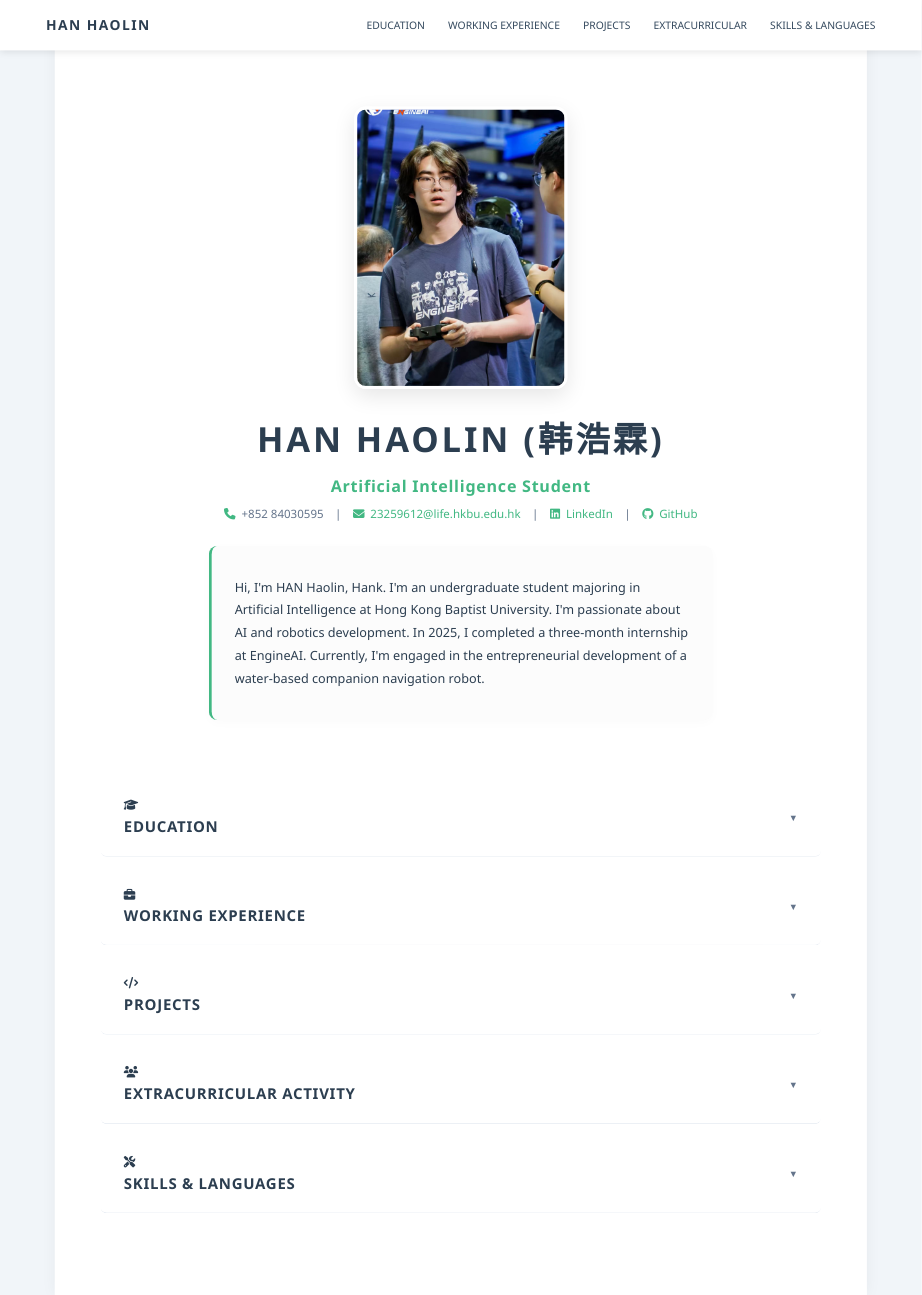
Repository: hhl2802149944-afk/hhl2802149944-afk.github.io
Page: /
These files come from the project's save history. The page is drawn as it stood at one moment and after the next save; the edit follows.
The browser window is 1280 px wide. The pictures show the whole page, at 72% of full size.
The project was rebuilt for these pictures with package versions that can differ from the ones it lists, and the page was loaded fresh each time. Also part of the build but not shown: vite.config.js, src/components/ProjectCard.vue.

Above is the page before, as saved 2026-01-19 15:50:26.

### index.html
<!DOCTYPE html>
<html lang="en">
  <head>
    <meta charset="UTF-8">
    <link rel="icon" href="/favicon.ico">
    <meta name="viewport" content="width=device-width, initial-scale=1.0">
    <title>Han Haolin - Resume</title>
  </head>
  <body>
    <div id="app"></div>
    <script type="module" src="/src/main.js"></script>
  </body>
</html>

### src/main.js
import { createApp } from 'vue'
import App from './App.vue'
import router from './router'
import './assets/main.css'
import '@fortawesome/fontawesome-free/css/all.css'

const app = createApp(App)

app.use(router)

app.mount('#app')

### src/App.vue
<script setup>
import { RouterView } from 'vue-router'
</script>

<template>
  <RouterView />
</template>

<style>
/* Global styles can go here */
</style>

### src/assets/main.css
:root {
  --primary-color: #2c3e50;
  --secondary-color: #34495e;
  --accent-color: #42b883;
  --text-color: #2c3e50;
  --light-text: #64748b;
  --bg-color: #f1f5f9;
  --card-bg: #ffffff;
  --border-color: #e2e8f0;
}

body {
  margin: 0;
  font-family: 'Segoe UI', Roboto, Helvetica, Arial, sans-serif;
  background-color: var(--bg-color);
  color: var(--text-color);
  line-height: 1.6;
}

#app {
  max-width: 1000px;
  margin: 0 auto;
  min-height: 100vh;
  background-color: white;
  box-shadow: 0 0 20px rgba(0,0,0,0.05);
  padding: 3rem 4rem;
}

h1, h2, h3, h4 {
  color: var(--primary-color);
  margin-top: 0;
}

a {
  color: var(--accent-color);
  text-decoration: none;
  transition: color 0.2s;
}

a:hover {
  color: var(--secondary-color);
  text-decoration: underline;
}

@media (max-width: 768px) {
  #app {
    padding: 2rem;
  }
}

@media (max-width: 480px) {
  #app {
    padding: 1rem;
  }
}

### src/views/HomeView.vue
<script setup>
import NavBar from '../components/NavBar.vue'
import ResumeHeader from '../components/ResumeHeader.vue'
import ResumeSection from '../components/ResumeSection.vue'
import ProjectCard from '../components/ProjectCard.vue'

const resumeData = {
  name: "Han Haolin (韩浩霖)",
  title: "Artificial Intelligence Student",
  summary: "Hi, I'm HAN Haolin, Hank. I'm an undergraduate student majoring in Artificial Intelligence at Hong Kong Baptist University. I'm passionate about AI and robotics development. In 2025, I completed a three-month internship at EngineAI. Currently, I'm engaged in the entrepreneurial development of a water-based companion navigation robot.",
  contact: {
    phone: "+852 84030595",
    email: "23259612@life.hkbu.edu.hk",
    linkedin: "https://linkedin.com/in/HaolinHAN",
    github: "https://github.com/hhl2802149944-afk"
  },
  education: {
    school: "Hong Kong Baptist University",
    major: "Artificial Intelligence",
    gpa: "3.01/4",
    courses: ["Artificial Intelligence and Machine Learning", "Software Engineering", "Data Communications and Networking"]
  },
  experience: [
    {
      name: "EngineAI Robotics Technology Co., Ltd.",
      date: "May - Aug 2025",
      role: "Robot Embedded Software Intern",
      details: [
        "Learning robot embedded software development based on the Ubuntu system, conducting factory testing of products and developing with the Intel RealSense D435i.",
        "Participate in world-class artificial intelligence exhibitions such as Macau EXPO and WRC, showcasing company products while conducting market research and sales activities"
      ]
    },
    {
      name: "Student Helper for Computer Science",
      date: "Nov - Dec 2024",
      role: "Hong Kong Baptist University",
      details: [
        "Facilitated weekly Python programming labs under professor supervision.",
        "Providing hands-on coding guidance to 30+ undergraduate students."
      ]
    }
  ],
  projects: [
    {
      name: "Internship Management System Documentation",
      date: "Oct 2025 - Dec 2025",
      role: "Software Engineering Project",
      details: [
        "Proposal for Enhancements and Testing Plan for the Internship System.",
        "Total: 105 pages, 13,377 words."
      ]
    },
    {
      name: "Online Multiplayer Drawing and Chat Platform",
      date: "2025",
      role: "Full-Stack Developer",
      details: [
        "Designed and implemented a real-time multiplayer drawing and chat system.",
        "Full-Stack Design for a Library Management Website."
      ]
    },
    {
      name: "Java Game Development Portfolio",
      date: "2024",
      role: "Game Programmer",
      details: [
        "Successfully developed three classic games: Labyrinth, Tetris, and Modern Art.",
        "Designed and developed an original computer game as an independent project."
      ]
    },
    {
      name: "Soccer Recognition AI System",
      date: "2025",
      role: "AI Developer",
      details: [
        "Developed an autonomous model for identifying and tracking players and the ball in soccer footage.",
        "Implemented computer vision algorithms to process real-time sports video data."
      ]
    }
  ],
  extracurricular: [
    {
      name: "Internal Vice President",
      date: "Apr 2024 - Apr 2025",
      role: "HKBU Chinese Students and Scholars Association",
      details: [
        "Communicated with executive board members, organized team building, and improved cohesion.",
        "Organised a two-week orientation programme for 300 new mainland students.",
        "Managed a total of 13 events during the year."
      ]
    },
    {
      name: "ROBOCON 2025，HKBU",
      date: "Dec 2024 - Jan 2025",
      role: "Mechanical Design and Programming Engineer",
      details: [
        "Mechanical designer for the HKBU team in the 2025 Robocon robotics competition.",
        "Assisted with site identification and programming of AI autonomous task modules."
      ]
    }
  ],
  skills: {
    programming: ["Python", "Java", "Javascript", "HTML", "Markdown"],
    ai_tech: ["CNN", "RNN", "GAN", "Ubuntu"],
    publicity: ["Canva", "WeChat Public", "Capcut"]
  },
  languages: [
    { name: "Mandarin", level: "Native" },
    { name: "English", level: "Fluent" },
    { name: "Cantonese", level: "Basic" }
  ]
}
</script>

<template>
  <NavBar />
  <main class="resume-container">
    <ResumeHeader
      :name="resumeData.name"
      :title="resumeData.title"
      :contact="resumeData.contact"
      :summary="resumeData.summary"
    />

    <ResumeSection title="Education" id="education">
      <template #icon><i class="fas fa-graduation-cap"></i></template>
      <div class="education-item">
        <div class="edu-header">
          <h3>{{ resumeData.education.school }}</h3>
          <span class="gpa">cGPA: {{ resumeData.education.gpa }}</span>
        </div>
        <p class="major">Major: {{ resumeData.education.major }}</p>
        <p class="courses"><strong>Core Courses:</strong> {{ resumeData.education.courses.join(', ') }}</p>
      </div>
    </ResumeSection>

    <ResumeSection title="Working Experience" id="experience">
      <template #icon><i class="fas fa-briefcase"></i></template>
      <ProjectCard
        v-for="(exp, index) in resumeData.experience"
        :key="index"
        :project="exp"
      />
    </ResumeSection>

    <ResumeSection title="Projects" id="projects">
      <template #icon><i class="fas fa-code"></i></template>
      <ProjectCard
        v-for="(proj, index) in resumeData.projects"
        :key="index"
        :project="proj"
      />
    </ResumeSection>

    <ResumeSection title="Extracurricular Activity" id="extracurricular">
      <template #icon><i class="fas fa-users"></i></template>
      <ProjectCard
        v-for="(item, index) in resumeData.extracurricular"
        :key="index"
        :project="item"
      />
    </ResumeSection>

    <ResumeSection title="Skills & Languages" id="skills">
      <template #icon><i class="fas fa-tools"></i></template>
      <div class="skills-lang-grid">
        <div class="skills-grid">
          <div class="skill-category">
            <h4>Programming</h4>
            <div class="skill-tags">
              <span v-for="skill in resumeData.skills.programming" :key="skill" class="tag">{{ skill }}</span>
            </div>
          </div>
          <div class="skill-category">
            <h4>AI & Tools</h4>
            <div class="skill-tags">
              <span v-for="skill in resumeData.skills.ai_tech" :key="skill" class="tag">{{ skill }}</span>
            </div>
          </div>
          <div class="skill-category">
            <h4>Publicity & Design</h4>
            <div class="skill-tags">
              <span v-for="skill in resumeData.skills.publicity" :key="skill" class="tag">{{ skill }}</span>
            </div>
          </div>
        </div>

        <div class="lang-list">
          <div v-for="lang in resumeData.languages" :key="lang.name" class="lang-item">
            <span class="lang-name">{{ lang.name }}</span>
            <span class="lang-level">{{ lang.level }}</span>
          </div>
        </div>
      </div>
    </ResumeSection>
  </main>
</template>

<style scoped>
.resume-container {
  padding-bottom: 50px;
}

.education-item {
  margin-bottom: 1.5rem;
}

.edu-header {
  display: flex;
  justify-content: space-between;
  align-items: center;
}

.major {
  font-weight: bold;
  color: var(--accent-color);
  margin: 0.2rem 0;
}

.courses {
  font-size: 0.9rem;
  color: #555;
}

.skills-lang-grid {
  display: grid;
  grid-template-columns: 2fr 1fr;
  gap: 2rem;
  align-items: start;
}

.skills-grid {
  display: flex;
  flex-direction: column;
  gap: 1.5rem;
}

.skill-category h4 {
  margin-bottom: 1rem;
  color: var(--secondary-color);
  border-bottom: 1px solid #ddd;
  padding-bottom: 0.3rem;
  font-size: 1rem;
}

.skill-tags {
  display: flex;
  flex-wrap: wrap;
  gap: 0.5rem;
}

.tag {
  background: #eef2f7;
  padding: 0.3rem 0.8rem;
  border-radius: 15px;
  font-size: 0.85rem;
  color: var(--primary-color);
}

.lang-list {
  display: flex;
  flex-direction: column;
  gap: 0.8rem;
}

.lang-item {
  display: flex;
  justify-content: space-between;
  padding: 0.5rem;
  background: white;
  border-radius: 4px;
  border-left: 3px solid var(--accent-color);
  box-shadow: 0 1px 3px rgba(0,0,0,0.05);
}

.lang-name {
  font-weight: bold;
}

.lang-level {
  color: #666;
  font-size: 0.9rem;
}

@media (max-width: 768px) {
  .skills-lang-grid {
    grid-template-columns: 1fr;
  }
}
</style>

### src/components/NavBar.vue
<script setup>
import { ref } from 'vue'

const isMenuOpen = ref(false)

const sections = [
  { id: 'education', name: 'Education' },
  { id: 'experience', name: 'Working Experience' },
  { id: 'projects', name: 'Projects' },
  { id: 'extracurricular', name: 'Extracurricular' },
  { id: 'skills', name: 'Skills & Languages' }
]

const scrollToSection = (id) => {
  const el = document.getElementById(id)
  if (el) {
    el.scrollIntoView({ behavior: 'smooth' })
  }
  isMenuOpen.value = false
}
</script>

<template>
  <nav class="navbar">
    <div class="nav-container">
      <div class="nav-logo" @click="scrollToSection('hero')">HAN HAOLIN</div>

      <div class="nav-links" :class="{ 'nav-active': isMenuOpen }">
        <div v-for="section in sections"
             :key="section.id"
             class="nav-item"
             @click="scrollToSection(section.id)">
          {{ section.name }}
        </div>
      </div>

      <div class="burger" @click="isMenuOpen = !isMenuOpen">
        <div class="line1"></div>
        <div class="line2"></div>
        <div class="line3"></div>
      </div>
    </div>
  </nav>
</template>

<style scoped>
.navbar {
  position: fixed;
  top: 0;
  left: 0;
  width: 100%;
  height: 70px;
  background: white;
  display: flex;
  justify-content: center;
  align-items: center;
  z-index: 1000;
  box-shadow: 0 2px 10px rgba(0,0,0,0.1);
}

.nav-container {
  width: 90%;
  max-width: 1200px;
  display: flex;
  justify-content: space-between;
  align-items: center;
}

.nav-logo {
  font-weight: bold;
  font-size: 1.2rem;
  letter-spacing: 2px;
  cursor: pointer;
  color: var(--primary-color);
}

.nav-links {
  display: flex;
  gap: 2rem;
}

.nav-item {
  cursor: pointer;
  font-weight: 500;
  color: var(--secondary-color);
  transition: color 0.3s;
  font-size: 0.9rem;
  text-transform: uppercase;
}

.nav-item:hover {
  color: var(--accent-color);
}

.burger {
  display: none;
  cursor: pointer;
}

.burger div {
  width: 25px;
  height: 3px;
  background-color: var(--primary-color);
  margin: 5px;
  transition: all 0.3s ease;
}

@media screen and (max-width: 768px) {
  .nav-links {
    position: absolute;
    right: 0px;
    height: 92vh;
    top: 70px;
    background-color: white;
    display: flex;
    flex-direction: column;
    align-items: center;
    width: 50%;
    transform: translateX(100%);
    transition: transform 0.5s ease-in;
    padding-top: 2rem;
  }

  .nav-links.nav-active {
    transform: translateX(0%);
  }

  .burger {
    display: block;
  }
}
</style>

### src/components/ResumeHeader.vue
<script setup>
defineProps({
  name: String,
  title: String,
  contact: Object,
  summary: String
})

const imageUrl = '/assets/HAN Haolin.jpg'
</script>

<template>
  <header class="resume-header" id="hero">
    <div class="header-content">
      <div class="profile-pic-container">
        <img :src="imageUrl" alt="Han Haolin" class="profile-pic">
      </div>
      <div class="text-info">
        <h1>{{ name }}</h1>
        <p class="subtitle">{{ title }}</p>
        <div class="contact-info">
          <span><i class="fas fa-phone"></i> {{ contact.phone }}</span> |
          <a :href="'mailto:' + contact.email"><i class="fas fa-envelope"></i> {{ contact.email }}</a> |
          <a :href="contact.linkedin" target="_blank"><i class="fab fa-linkedin"></i> LinkedIn</a> |
          <a :href="contact.github" target="_blank"><i class="fab fa-github"></i> GitHub</a>
        </div>
        <div class="about-me">
          <p>{{ summary }}</p>
        </div>
      </div>
    </div>
  </header>
</template>

<style scoped>
.resume-header {
  padding: 100px 0 50px 0;
  margin-bottom: 2rem;
  text-align: center;
}

.header-content {
  display: flex;
  flex-direction: column;
  align-items: center;
  gap: 2rem;
}

.text-info {
  max-width: 700px;
}

h1 {
  margin: 0;
  font-size: 3rem;
  text-transform: uppercase;
  letter-spacing: 4px;
  color: var(--primary-color);
}

.subtitle {
  font-size: 1.4rem;
  color: var(--accent-color);
  font-weight: 600;
  margin: 0.5rem 0;
  letter-spacing: 1px;
}

.contact-info {
  font-size: 1rem;
  color: var(--light-text);
  margin-bottom: 2rem;
  display: flex;
  justify-content: center;
  align-items: center;
  gap: 1rem;
  flex-wrap: wrap;
}

.contact-info i {
  color: var(--accent-color);
  margin-right: 4px;
}

.about-me {
  text-align: left;
  line-height: 1.8;
  font-size: 1.1rem;
  color: var(--text-color);
  background: #fcfcfc;
  padding: 1.5rem 2rem;
  border-radius: 12px;
  border-left: 4px solid var(--accent-color);
  box-shadow: 0 4px 15px rgba(0,0,0,0.02);
}

.profile-pic-container {
  width: 288px; /* 240 * 1.2 */
  height: 384px; /* 320 * 1.2 */
  border-radius: 16px;
  overflow: hidden;
  box-shadow: 0 10px 30px rgba(0,0,0,0.1);
  border: 4px solid white;
}

.profile-pic {
  width: 100%;
  height: 100%;
  object-fit: cover;
}

@media (max-width: 768px) {
  h1 { font-size: 2.2rem; }
  .profile-pic-container {
    width: 200px;
    height: 266px;
  }
}
</style>

### src/components/ResumeSection.vue
<script setup>
import { ref } from 'vue'

defineProps({
  title: String,
  id: String
})

const isOpen = ref(false)
</script>

<template>
  <section :id="id" class="resume-section">
    <div class="section-header" @click="isOpen = !isOpen">
      <div class="title-with-icon">
        <slot name="icon"></slot>
        <h2>{{ title }}</h2>
      </div>
      <span class="toggle-icon" :class="{ 'is-open': isOpen }">▼</span>
    </div>
    <transition name="fade">
      <div v-if="isOpen" class="section-content">
        <slot></slot>
      </div>
    </transition>
  </section>
</template>

<style scoped>
.resume-section {
  margin-bottom: 1rem;
  background: white;
  border-radius: 8px;
  overflow: hidden;
  border-bottom: 1px solid var(--border-color);
}

.section-header {
  padding: 1.5rem 2rem;
  display: flex;
  justify-content: space-between;
  align-items: center;
  cursor: pointer;
  background: #fff;
  transition: background 0.3s;
}

.section-header:hover {
  background: #fcfcfc;
}

h2 {
  font-size: 1.3rem;
  margin: 0;
  text-transform: uppercase;
  letter-spacing: 1px;
  color: var(--primary-color);
}

.toggle-icon {
  font-size: 0.8rem;
  transition: transform 0.3s;
  color: var(--light-text);
}

.toggle-icon.is-open {
  transform: rotate(180deg);
}

.section-content {
  padding: 0 2rem 2rem 2rem;
}

.fade-enter-active, .fade-leave-active {
  transition: opacity 0.3s ease, transform 0.3s ease;
}

.fade-enter-from, .fade-leave-to {
  opacity: 0;
  transform: translateY(-10px);
}
</style>

Loaded but not shown: src/router/index.js (common file)

After the next save:
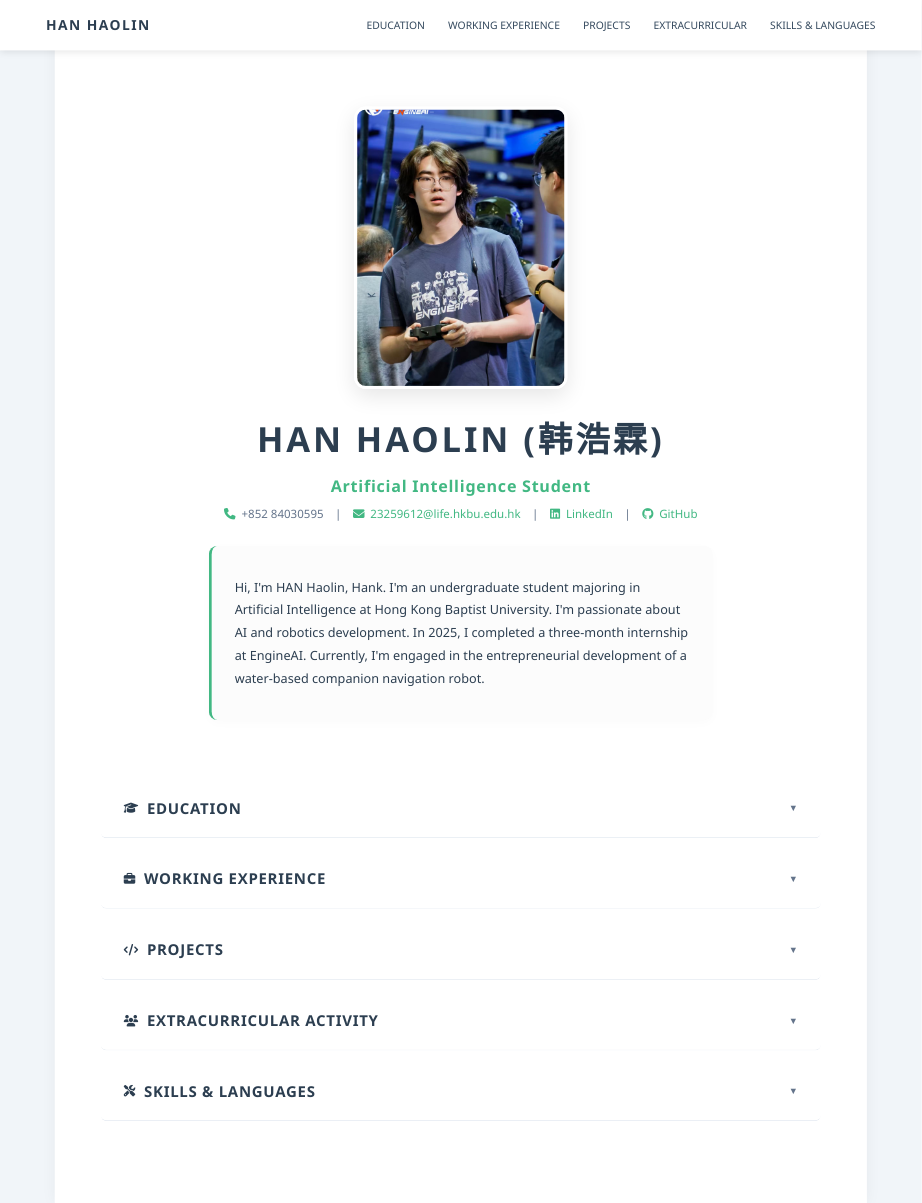
Saved 4 s later.
--- a/src/components/ResumeSection.vue
+++ b/src/components/ResumeSection.vue
@@ -49,6 +49,17 @@ const isOpen = ref(false)
   background: #fcfcfc;
 }
 
+.title-with-icon {
+  display: flex;
+  align-items: center;
+  gap: 12px;
+}
+
+.title-with-icon i {
+  color: var(--accent-color);
+  font-size: 1.2rem;
+}
+
 h2 {
   font-size: 1.3rem;
   margin: 0;
